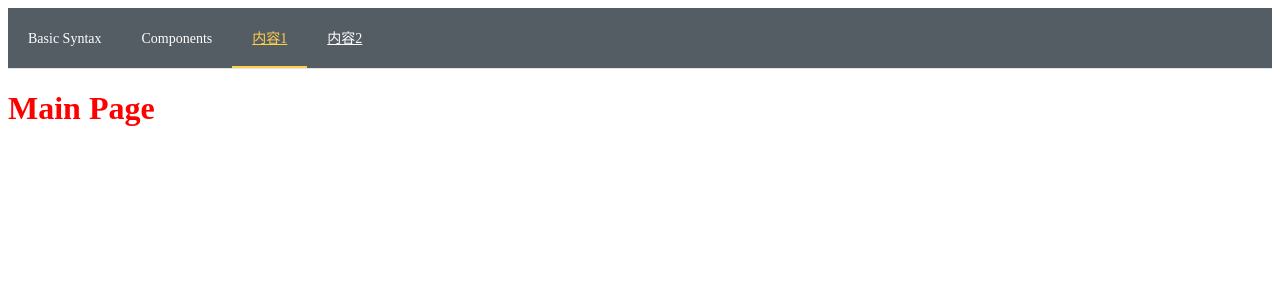
Repository: yuyiyong/study.vue
Page: /#/
An editor plug-in stored every save of this project. The page is shown before and after the next save, followed by the edit.
The browser window is 1280 px wide. The pictures show the whole page.
The project was rebuilt for these pictures with package versions that can differ from the ones it lists, and the page was loaded fresh each time. Also part of the build but not shown: src/pages/Login/Login.vue, src/pages/Containt/Containt1.vue, src/pages/Containt/Containt2.vue.

Above is the page before, as saved 2021-03-09 17:15:05.

After the next save:
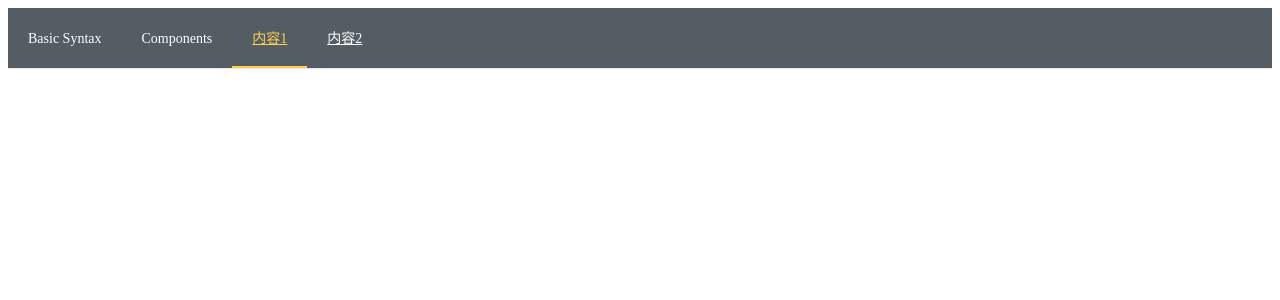
Saved 60 s later.
--- a/src/pages/Main/Main.vue
+++ b/src/pages/Main/Main.vue
@@ -1,14 +1,14 @@
 <!--
  * @LastEditors: yyy_dui
- * @LastEditTime: 2021-03-09 17:14:01
+ * @LastEditTime: 2021-03-09 17:16:05
  * @FilePath: /element_test/src/pages/Main/Main.vue
 -->
 <template>
   <div>
     <Menus />
-    <h1>
+    <!-- <h1>
       {{ msg }}
-    </h1>
+    </h1> -->
     <router-view></router-view>
   </div>
 </template>
